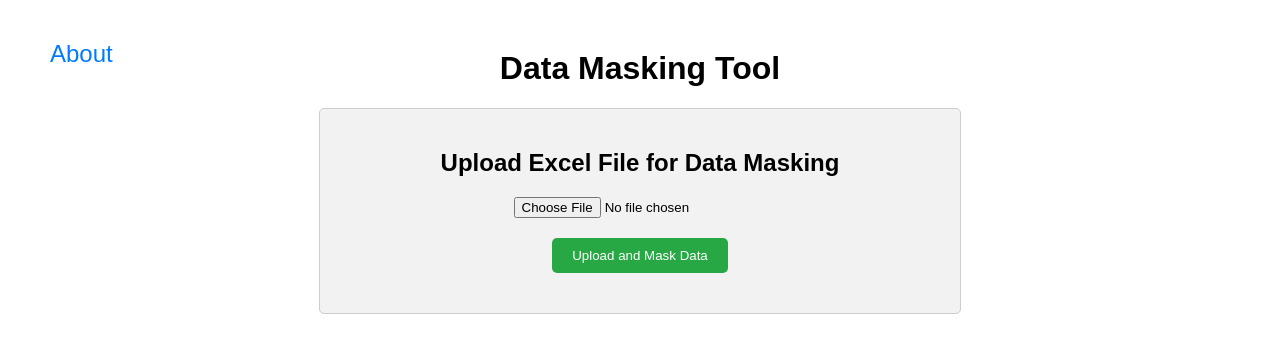
Repository: prithika12/DataMasking_Tool
Page: index.html
These files come from the project's save history. The page is drawn as it stood at one moment and after the next save; the edit follows.
The browser window is 1280 px wide. The pictures show the whole page.

Above is the page before, as saved 2024-07-09 11:45:31.

### index.html
<!DOCTYPE html>
<html>
<head>
    <h1>Data Masking Tool</h1>
    <style>
        body {
            font-family: Arial, sans-serif;
            margin: 50px;
        }
        .container {
            max-width: 600px;
            margin: 0 auto;
            padding: 20px;
            background-color: #f2f2f2;
            border: 1px solid #ccc;
            border-radius: 5px;
        }
        h1, h2 {
            text-align: center;
        }

        input[type="file"] {
            display: block;
            margin: 20px auto;
        }
        button {
            display: block;
            margin: 20px auto;
            padding: 10px 20px;
            background-color: #28a745;
            color: white;
            border: none;
            border-radius: 5px;
            cursor: pointer;
        }
        button:hover {
            background-color: #218838;
        }
        .about-link {
            position: absolute;
            top: 20px;
            left: 20px;
            padding: 20px 30px;
        }
        .about-link a {
            color: #007bff;
            font-size:x-large;
            text-decoration: none;
        }
        .about-link a:hover {
            text-decoration: underline;
        }
    </style>
</head>
<body>
    <div class="container">
        <h2>Upload Excel File for Data Masking</h2>
        <form action="/uploader" method="post" enctype="multipart/form-data">
            <input type="file" name="file" accept=".xlsx">
            <button type="submit">Upload and Mask Data</button>
        </form>
    </div>
    <div class="about-link">
        <a href="https://github.com/prithika12/DataMasking_Tool/blob/main/README.md" target="_blank">About</a>
    </div>
</body>
</html>

After the next save:
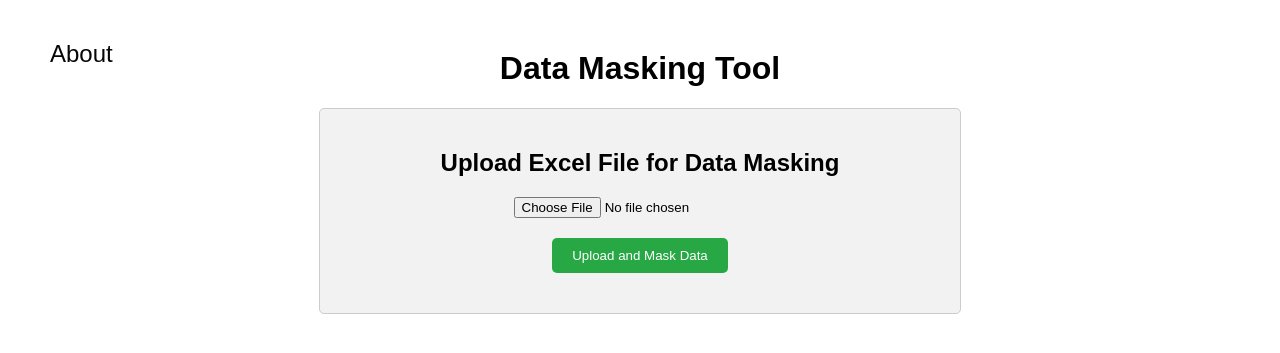
Saved 20 s later.
--- a/index.html
+++ b/index.html
@@ -43,7 +43,7 @@
             padding: 20px 30px;
         }
         .about-link a {
-            color: #007bff;
+            color: #070708;
             font-size:x-large;
             text-decoration: none;
         }
